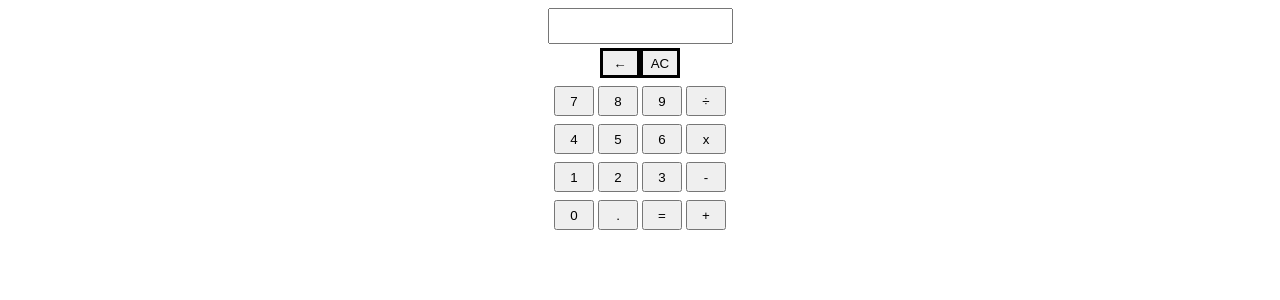
Repository: z1youRA/MyCalculator
Page: index.html
The author's editor kept a copy of each file at every save. The page is drawn from the files as they stood at one save, then again after the next save.
The browser window is 1280 px wide. The pictures show the whole page.

Above is the page before, as saved 2021-12-19 16:54:23.

After the next save:
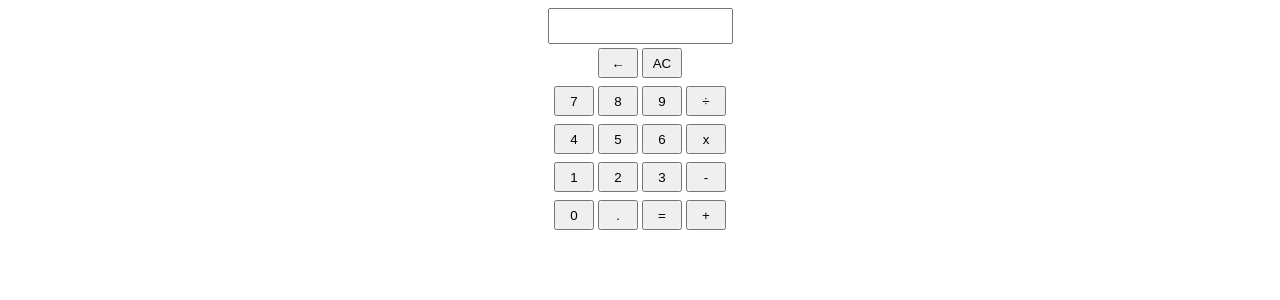
Saved 23 min 0 s later.
--- a/css/styles.css
+++ b/css/styles.css
@@ -9,14 +9,7 @@ input {
     height: 30px;
 }
 
-.first-row {
-    display: flex;
-}
 
-.first-row button{
-    border: solid;
-    flex:5 0 0;
-}
 
 .buttons {
     display: flex;
